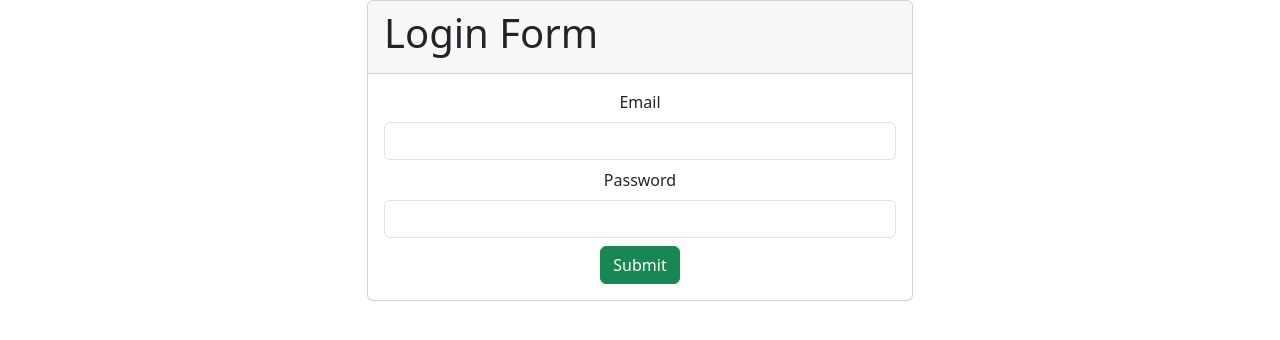
Repository: Laxman-Nath/java-internship
Page: http://localhost/Demo/login.jsp
The author's editor kept a copy of each file at every save. The page is drawn from the files as they stood at one save, then again after the next save.
The browser window is 1280 px wide. The pictures show the whole page.
The page is served by Tomcat 9. Other server files are loaded and not shown.

Above is the page before, as saved 2024-09-01 10:20:24.

### Servlet_JSP/Demo/src/main/webapp/login.jsp
<%@ page language="java" contentType="text/html; charset=UTF-8"
	pageEncoding="UTF-8"%>
<!DOCTYPE html>
<html>
<head>
<meta charset="UTF-8">
<title>Login Form</title>
<link
	href="https://cdn.jsdelivr.net/npm/bootstrap@5.3.3/dist/css/bootstrap.min.css"
	rel="stylesheet"
	integrity="sha384-QWTKZyjpPEjISv5WaRU9OFeRpok6YctnYmDr5pNlyT2bRjXh0JMhjY6hW+ALEwIH"
	crossorigin="anonymous">
</head>
<body>
	<div class="container">
	<div class="row">
	<div class="col-md-6 offset-md-3">
	<div class="card">
	<div class="card-header"><h1>Login Form</h1></div>
	<div class="card-body" class="">
	  <form action="" method="" class="text-center">
	   <div class="mb-2">
	   <label class="form-label">Email</label>
	   <input type="email" required class="form-control">
	   </div>
	   <div class="mb-2">
	   <label class="form-label">Password</label>
	   <input type="password" required class="form-control">
	   </div>
	   <button class="btn btn-success" type="submit">Submit</button>
	  </form>
	</div>
	</div>
	</div>
	</div>
	</div>

</body>
<script
	src="https://cdn.jsdelivr.net/npm/bootstrap@5.3.3/dist/js/bootstrap.bundle.min.js"
	integrity="sha384-YvpcrYf0tY3lHB60NNkmXc5s9fDVZLESaAA55NDzOxhy9GkcIdslK1eN7N6jIeHz"
</html>

After the next save:
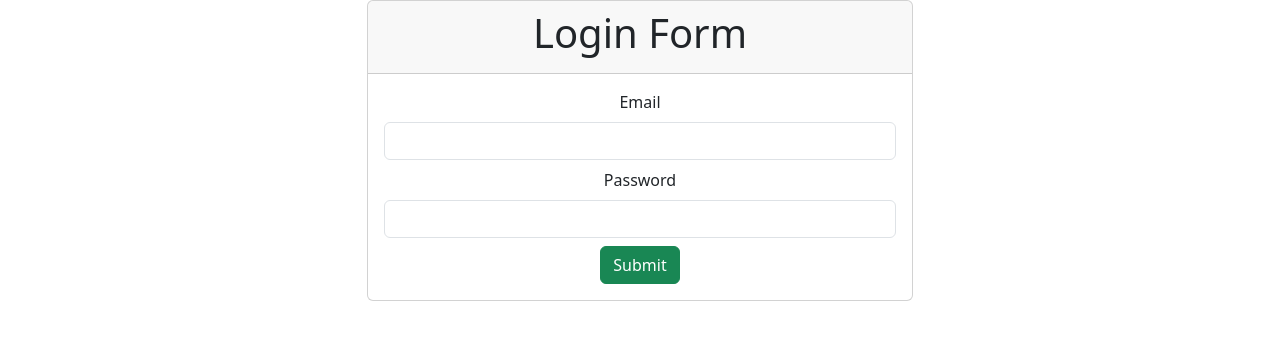
Saved 16 s later.
--- a/Servlet_JSP/Demo/src/main/webapp/login.jsp
+++ b/Servlet_JSP/Demo/src/main/webapp/login.jsp
@@ -16,7 +16,7 @@
 	<div class="row">
 	<div class="col-md-6 offset-md-3">
 	<div class="card">
-	<div class="card-header"><h1>Login Form</h1></div>
+	<div class="card-header"><h1 class="text-center">Login Form</h1></div>
 	<div class="card-body" class="">
 	  <form action="" method="" class="text-center">
 	   <div class="mb-2">
